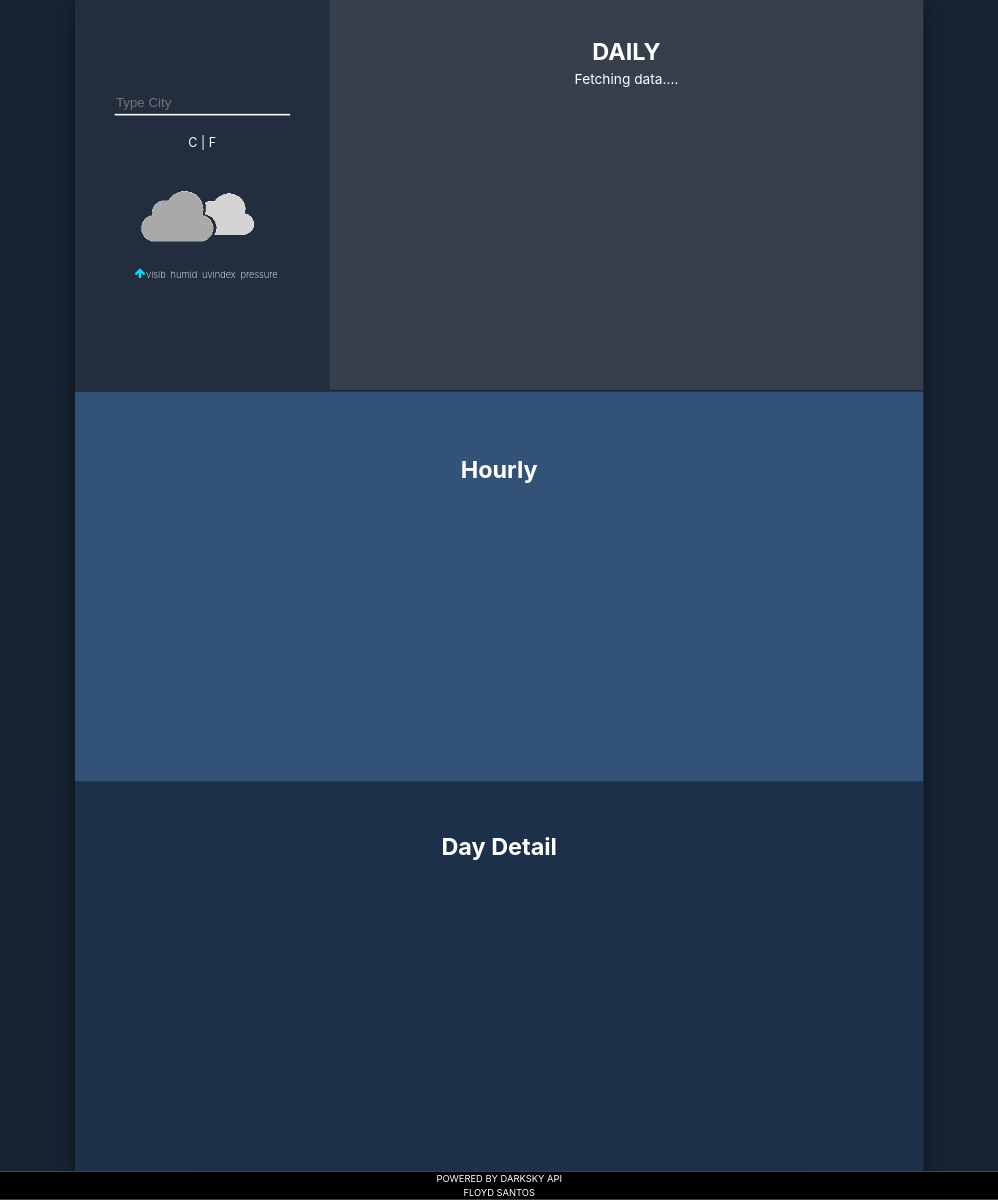
Repository: DOODpls/assignment3_weather
Page: index.html
These files come from the project's save history. The page is drawn as it stood at one moment and after the next save; the edit follows.
The browser window is 1280 px wide. The pictures show the whole page, at 78% of full size.
Some web fonts or font styles are not loaded; a fallback is used. Some web libraries are served in a nearby version.

Above is the page before, as saved 2020-01-13 13:06:34.

After the next save:
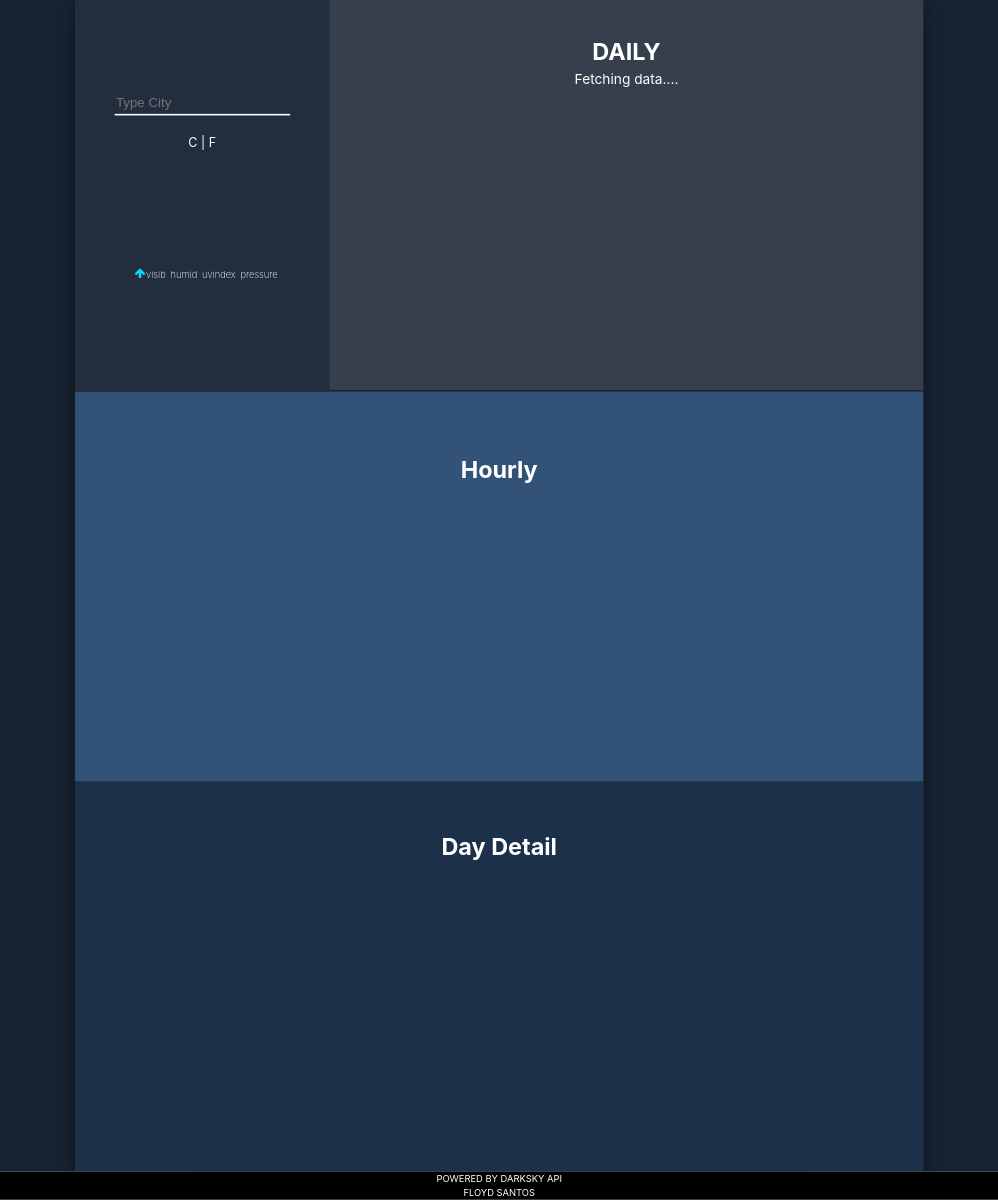
Console error: SyntaxError: Unexpected token ')'
Saved 18 s later.
--- a/app.js
+++ b/app.js
@@ -191,9 +191,7 @@
         function() {
           $('#today-container').append('<div class="alertinfo" id="alertinfo"></div>');
           document.querySelector('#alertinfo').innerHTML = '<p class="from-to">' + from + " to " + to + '</p><p class="alert-description">' + description + '</p> <a class="alert-link" href="'+ x.alerts[0].uri +'">Weather.gc.ca</a>';
-            $('#alertinfo').toggle( function(){
-
-              $('#alertinfo').toggle();
+            $('#alertinfo').toggle();
             })
         });
     }else{

After the save that followed:
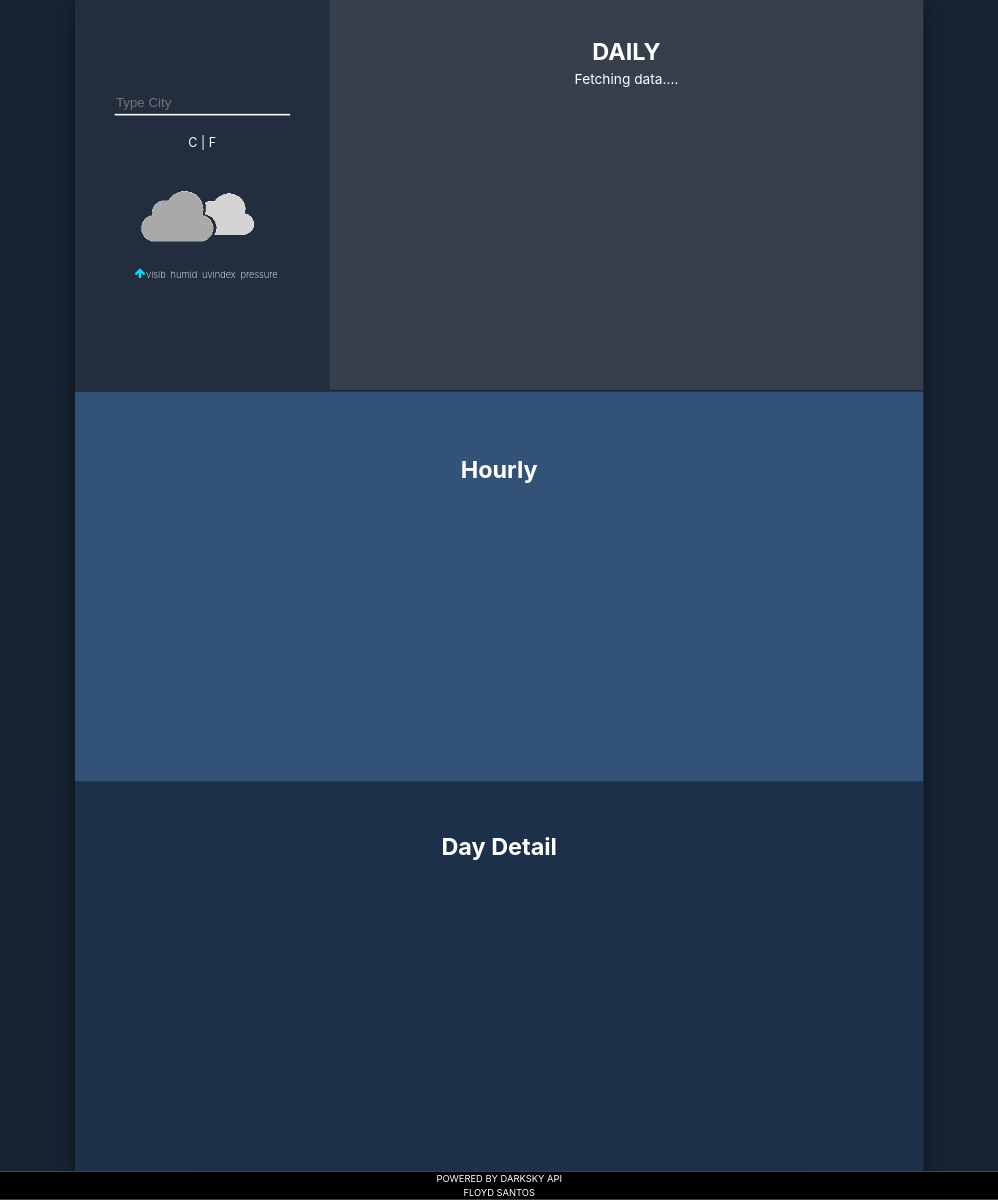
The error is gone.
Saved 11 s later.
--- a/app.js
+++ b/app.js
@@ -192,7 +192,6 @@
           $('#today-container').append('<div class="alertinfo" id="alertinfo"></div>');
           document.querySelector('#alertinfo').innerHTML = '<p class="from-to">' + from + " to " + to + '</p><p class="alert-description">' + description + '</p> <a class="alert-link" href="'+ x.alerts[0].uri +'">Weather.gc.ca</a>';
             $('#alertinfo').toggle();
-            })
         });
     }else{
       $('#alerts').remove();
